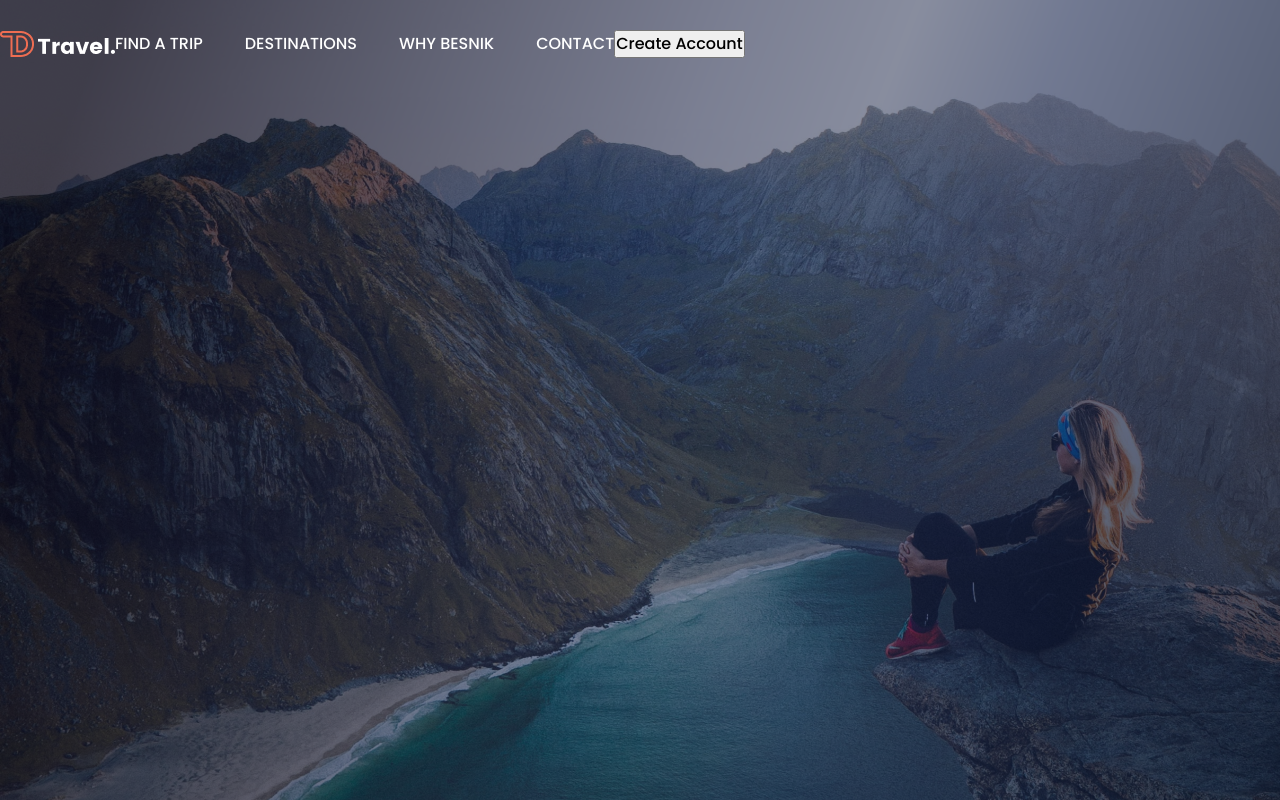
Repository: hoang0508/LandingPage-CodeTravel2
Page: index.html
The author's editor kept a copy of each file at every save. The page is drawn from the files as they stood at one save, then again after the next save.
The browser window is 1280 px wide. The pictures show the whole page.
The style sheet was rebuilt from its Sass, Less or Tailwind sources for each picture, by a compiler version that may differ from the author's.

Above is the page before, as saved 2022-09-15 15:28:58.

After the next save:
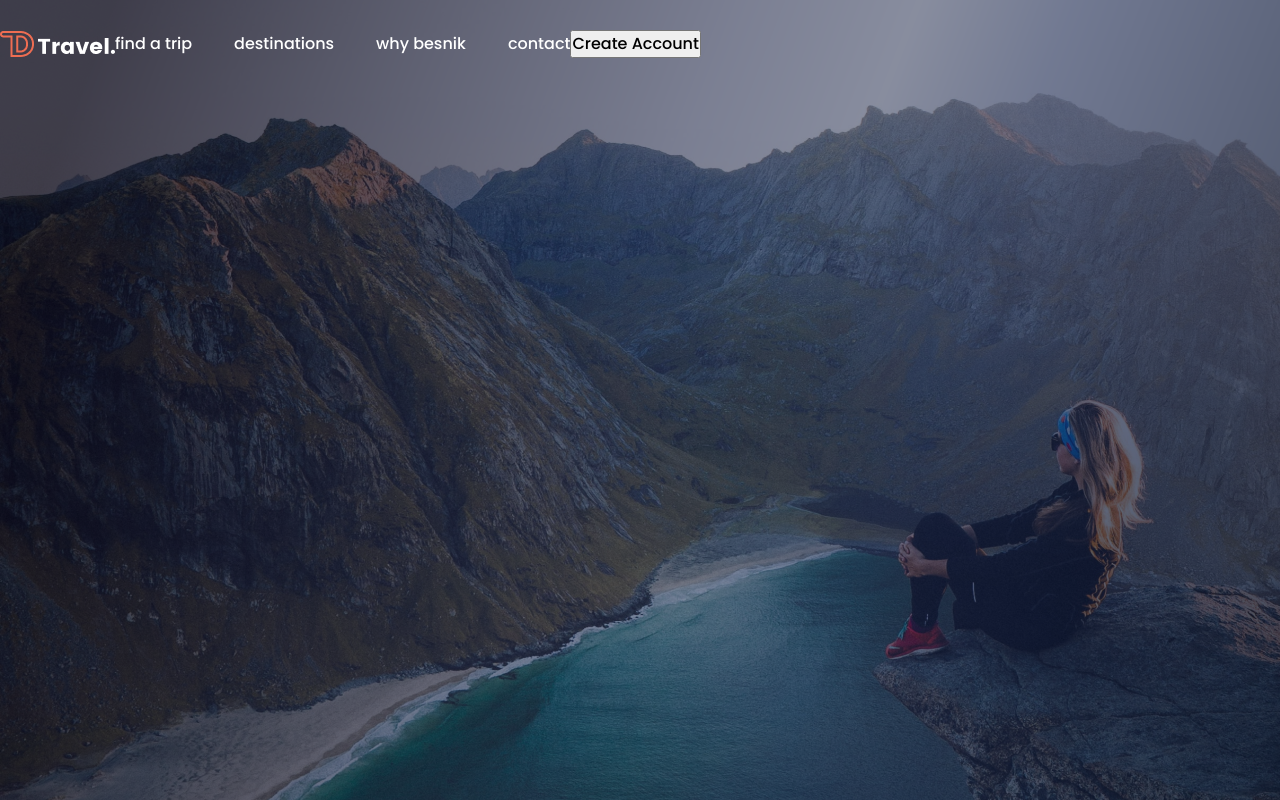
Saved 19 s later.
--- a/sass/_header.scss
+++ b/sass/_header.scss
@@ -16,6 +16,7 @@
     }
     &--link {
       color: $text-white;
+      text-transform: lowercase;
     }
   }
 }
